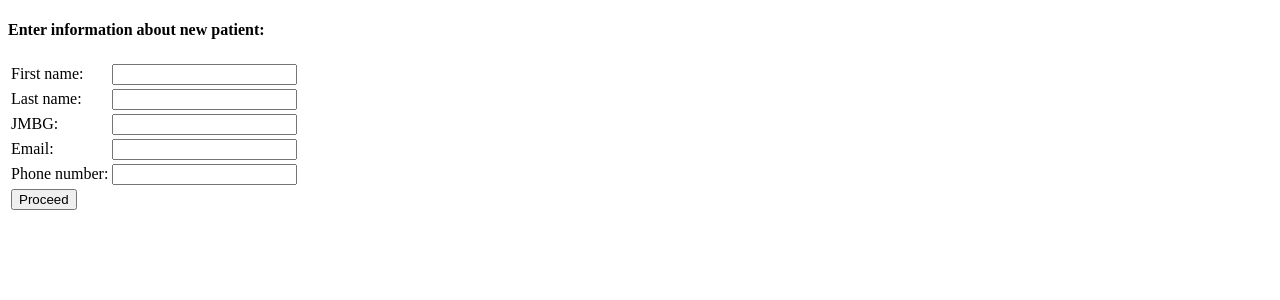
Repository: ThEgIGN/DentalOfficeWebApplication
Page: http://localhost/DentalOfficeWEB/dentists/dentistCreatePatient.jsp
These files come from the project's save history. The page is drawn as it stood at one moment and after the next save; the edit follows.
The browser window is 1280 px wide. The pictures show the whole page.
The page is served by Tomcat 9. Nobody is signed in. The application's start-up code is not run. Other server files are loaded and not shown.

Above is the page before, as saved 2023-06-16 10:32:01.

### DentalOfficeProject/DentalOfficeWEB/src/main/webapp/dentists/dentistCreatePatient.jsp
<%@ page language="java" contentType="text/html; charset=ISO-8859-1"
	pageEncoding="ISO-8859-1"%>
<!DOCTYPE html>
<html>
<head>
<meta charset="ISO-8859-1">
<title>Create new patient</title>
</head>
<body>
	<h4>Enter information about new patient:</h4>
	<form action="/DentalOfficeWEB/CreatePatientServlet" method="post">
		<input type="hidden" name="targetJSP"
			value="/dentists/dentistCreatePatient.jsp">
		<table>
			<tr>
				<td>First name:</td>
				<td><input type="text" name="firstName"></td>
			</tr>
			<tr>
				<td>Last name:</td>
				<td><input type="text" name="lastName"></td>
			</tr>
			<tr>
				<td>JMBG:</td>
				<td><input type="text" name="jmbg"></td>
			</tr>
			<tr>
				<td>Email:</td>
				<td><input type="text" name="email"></td>
			</tr>
			<tr>
				<td>Phone number:</td>
				<td><input type="text" name=phoneNumber></td>
			</tr>
			<tr>
				<td><input type="submit" value="Proceed"></td>
			</tr>
		</table>
	</form>
	<h3>${messageCreatePatient}</h3>
</body>
</html>

After the next save:
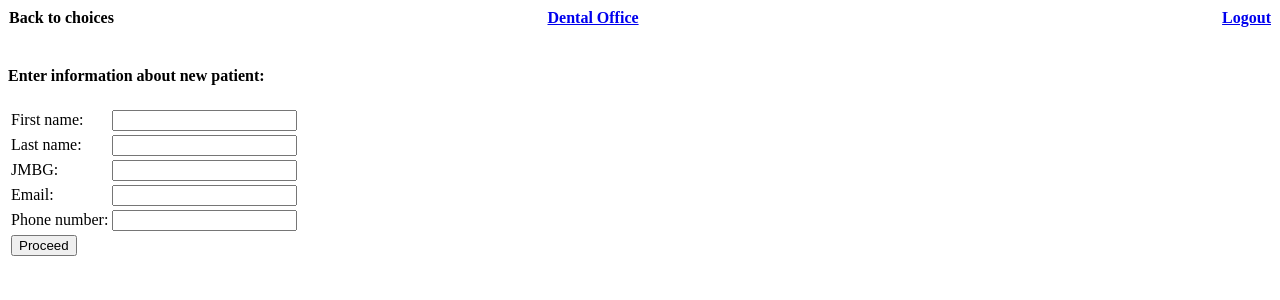
Saved 6 s later.
--- a/DentalOfficeProject/DentalOfficeWEB/src/main/webapp/dentists/dentistCreatePatient.jsp
+++ b/DentalOfficeProject/DentalOfficeWEB/src/main/webapp/dentists/dentistCreatePatient.jsp
@@ -7,6 +7,18 @@
 <title>Create new patient</title>
 </head>
 <body>
+	<table style="width: 100%; border-collapse: collapse;">
+		<tr>
+			<td style="text-align: left"><b>Back to choices</b></td>
+			<td><b><a href="/DentalOfficeWEB/index.jsp">Dental
+						Office</a></b></td>
+
+			<td style="text-align: right"><b><a
+					href="/DentalOfficeWEB/LogoutServlet">Logout</a></b></td>
+
+		</tr>
+	</table>
+	<br>
 	<h4>Enter information about new patient:</h4>
 	<form action="/DentalOfficeWEB/CreatePatientServlet" method="post">
 		<input type="hidden" name="targetJSP"
